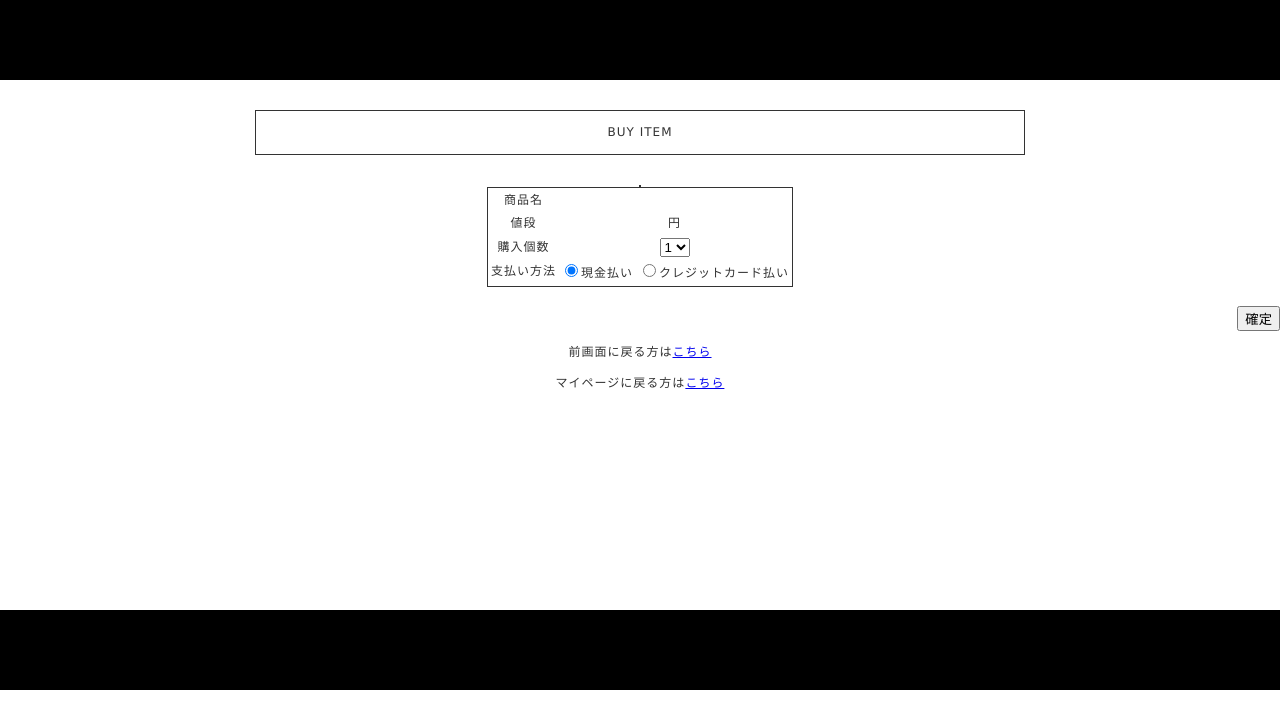
Repository: kf3225/backup
Page: http://localhost/ecsite/buyItem.jsp
These files come from the project's save history. The page is drawn as it stood at one moment and after the next save; the edit follows.
The browser window is 1280 px wide. The pictures show the whole page.
The page is served by Tomcat 9. Other server files are loaded and not shown.

Above is the page before, as saved 2018-01-26 08:42:28.

### ecsite/WebContent/buyItem.jsp
<%@ page language="java" contentType="text/html; charset=UTF-8"
    pageEncoding="UTF-8"%>
<%@ taglib prefix="s" uri="/struts-tags" %>
<!DOCTYPE html PUBLIC "-//W3C//DTD HTML 4.01 Transitional//EN" "http://www.w3.org/TR/html4/loose.dtd">
<html>
<head>
<meta http-equiv="Content-Type" content="text/html; charset=UTF-8"/>
<meta http-equiv="Content-Style-Type" content="text/css"/>
<meta http-equiv="Content-Script-Type" content="javascript"/>
<meta http-equiv="imagetoolbar" content="no"/>
<meta name="description" content=""/>
<meta name="keywords" content=""/>

<style type="text/css">

/* ===== TAG LAYOUT ===== */
body {
	margin:0;
	padding:0;
	line-height:1.6;
	letter-spacing:1px;
	font-family:Verdana, Helvetica, sans-serif;
	font-size:12px;
	color:#333;
	background-color:#fff;
}

table {
	text-align:center;
	margin:0 auto;
	border:1px solid #333;
}

/* ===== ID LAYOUT ===== */
#top {
	width:60%;
	margin:30px auto;
	text-align:center;
	border:1px solid #333;
}

#header {
	width:100%;
	height:80px;
	background-color:black;
}

#main {
	width:100%;
	height:500px;
	background-color:#fff;
	text-align:center;
}

#footer {
	width:100%;
	height:80px;
	background-color:black;
	clear:both;
}

</style>

<title>BUY ITEM</title>
</head>
<body>
	<div id="header">
		<div id="pr"></div>
	</div>

	<div id="main">
		<div id="top"><p>BUY ITEM</p></div>
		<div>
			<s:form action="BuyItemAction">
			<table>
				<tr>
					<td><span>商品名</span></td>
					<td><s:property value="session.buyItem_name" /><br></td>
				</tr>
				<tr>
					<td><span>値段</span></td>
					<td><s:property value="session.buyItem_price" /><span>円</span></td>
				</tr>
				<tr>
					<td><span>購入個数</span></td>
					<td>
					<select name="count">
						<option value="1" selected="selected">1</option>
						<option value="2">2</option>
						<option value="3">3</option>
						<option value="4">4</option>
						<option value="5">5</option>
					</select>
					</td>
				</tr>
				<tr>
					<td><span>支払い方法</span></td>
					<td>
						<input type="radio" name="pay" value="1" checked="checked">現金払い
						<input type="radio" name="pay" value="2">クレジットカード払い
					</td>
				</tr>
			</table>
			<br><span><s:submit value="確定" /></span>
			</s:form>
			<div>
				<p>前画面に戻る方は<a href='<s:url action="GoHomeAction" />'>こちら</a></p>
				<p>マイページに戻る方は<a href='<s:url action="MyPageAction" />'>こちら</a></p>
			</div>
		</div>
	</div>

	<div id="footer">
		<div id="pr"></div>
	</div>
</body>
</html>

After the next save:
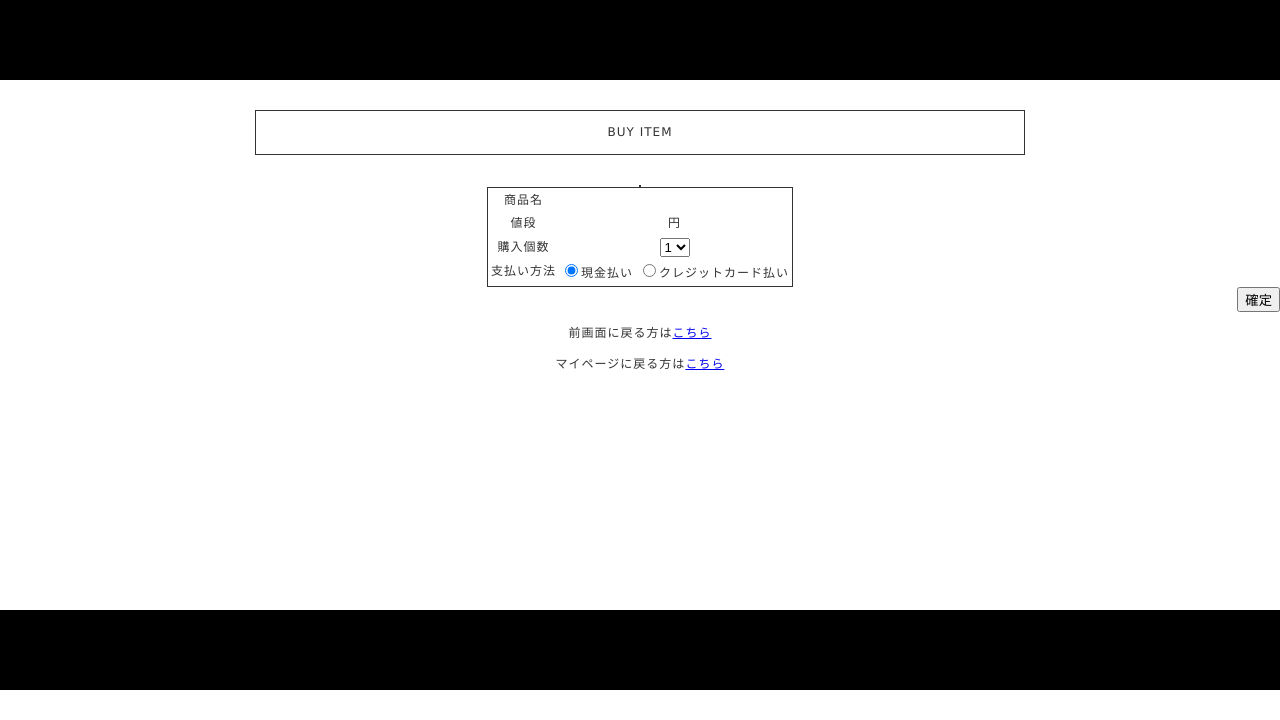
Saved 51 s later.
--- a/ecsite/WebContent/buyItem.jsp
+++ b/ecsite/WebContent/buyItem.jsp
@@ -101,8 +101,8 @@ table {
 					</td>
 				</tr>
 			</table>
-			<br><span><s:submit value="確定" /></span>
 			</s:form>
+			<div><span><s:submit value="確定" /></span></div>
 			<div>
 				<p>前画面に戻る方は<a href='<s:url action="GoHomeAction" />'>こちら</a></p>
 				<p>マイページに戻る方は<a href='<s:url action="MyPageAction" />'>こちら</a></p>
